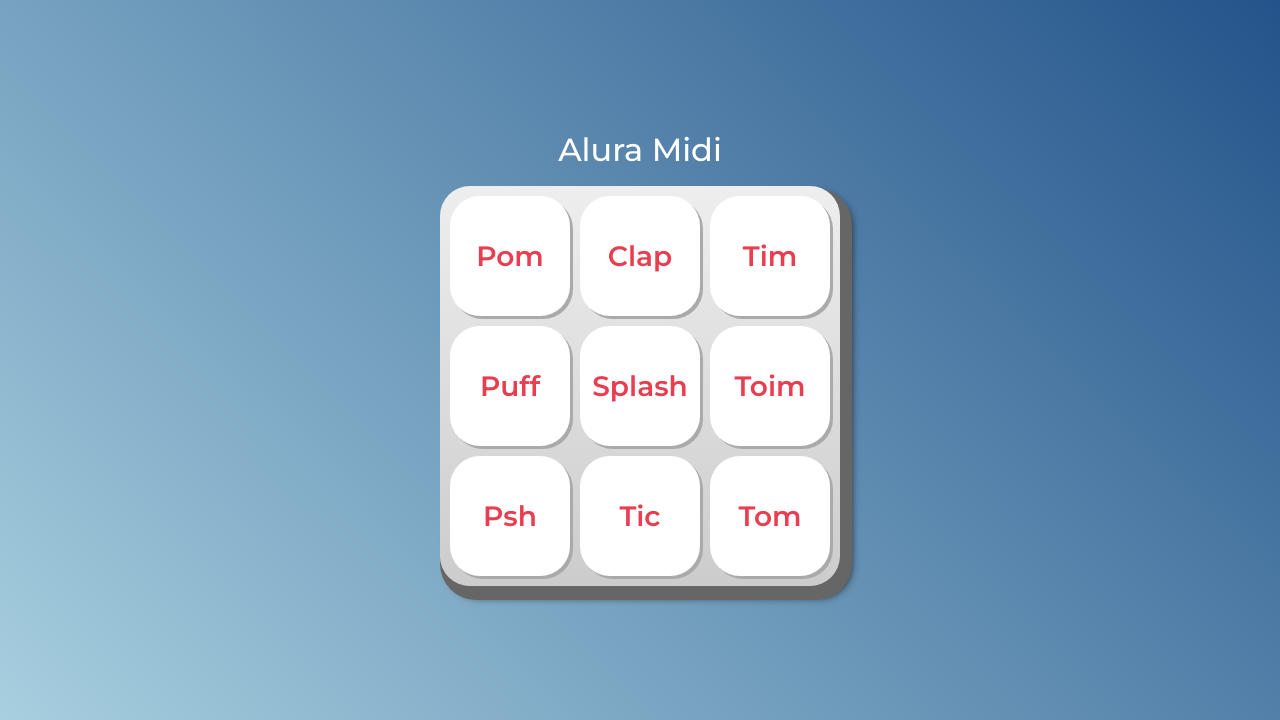
Repository: raphaanunes/codigos
Page: Cursos JavaScript/JavaScript para Web Crie paginas dinamicas/aluramidi-curso-arquivos-iniciais/index.html
The author's editor kept a copy of each file at every save. The page is drawn from the files as they stood at one save, then again after the next save.
The browser window is 1280 px wide. The pictures show the whole page.

Above is the page before, as saved 2024-08-11 15:47:02.

### Cursos JavaScript/JavaScript para Web Crie paginas dinamicas/aluramidi-curso-arquivos-iniciais/index.html
<!DOCTYPE html>
<html lang="pt-BR">
<head>
    <meta charset="UTF-8">
    <meta http-equiv="X-UA-Compatible" content="IE=edge">
    <meta name="viewport" content="width=device-width, initial-scale=1.0">

    <title>Alura MIDI</title>

    <link rel="preconnect" href="https://fonts.googleapis.com">
    <link rel="preconnect" href="https://fonts.gstatic.com" crossorigin>
    <link href="https://fonts.googleapis.com/css2?family=Montserrat:wght@500;600&display=swap" rel="stylesheet">

    <link rel="icon" type="image/png" href="images/bateria.png">
    <link rel="stylesheet" href="css/reset.css">
    <link rel="stylesheet" href="css/estilos.css">

</head>
<body>

    <h1>Alura Midi</h1>

    <section class="teclado">
        <button class="tecla tecla_pom">Pom</button>
        <button class="tecla tecla_clap">Clap</button>
        <button class="tecla tecla_tim">Tim</button>

        <button class="tecla tecla_puff">Puff</button>
        <button class="tecla tecla_splash">Splash</button>
        <button class="tecla tecla_toim">Toim</button>

        <button class="tecla tecla_psh">Psh</button>
        <button class="tecla tecla_tic">Tic</button>
        <button class="tecla tecla_tom">Tom</button>
    </section>

    <audio src="sounds/keyq.wav" id="som_tecla_pom"></audio>
    <audio src="sounds/keyw.wav" id="som_tecla_clap"></audio>
    <audio src="sounds/keye.wav" id="som_tecla_tim"></audio>
    <audio src="sounds/keya.wav" id="som_tecla_puff"></audio>
    <audio src="sounds/keys.wav" id="som_tecla_splash"></audio>
    <audio src="sounds/keyd.wav" id="som_tecla_toim"></audio>
    <audio src="sounds/keyz.wav" id="som_tecla_psh"></audio>
    <audio src="sounds/keyx.wav" id="som_tecla_tic"></audio>
    <audio src="sounds/keyc.wav" id="som_tecla_tom"></audio>

</body>
</html>

### Cursos JavaScript/JavaScript para Web Crie paginas dinamicas/aluramidi-curso-arquivos-iniciais/css/estilos.css
:root {
  --cinza: #aaa;
  --vermelha: #e93d50;
  --vermelha-escura: #af303f;
  --branca: #fff;
  --luz: rgb(229, 255, 0);
}

body {
  align-items: center;
  background: linear-gradient(45deg, #a7cfdf 0%,#23538a 100%);
  display: flex;
  justify-content: center;
  flex-direction: column;
  font-family: 'Montserrat', sans-serif;
  min-height: 100vh;
}

h1 {
  color: var(--branca);
  margin-bottom: 20px;
  font-size: 2rem;
}

.teclado {
  background: linear-gradient(to bottom, #eeeeee 0%,#cccccc 100%);
  box-shadow: 6px 8px 0 6px #666, 10px 10px 10px #000;
  border-radius: 30px;
  display: grid;
  gap: 10px;
  grid-template-columns: repeat(3, 1fr);
  padding: 10px;
}

.tecla {
  background-color: var(--branca);
  border-radius: 30px;
  box-shadow: 3px 3px 0 var(--cinza);
  color: var(--vermelha);
  cursor: pointer;
  height: 120px;
  font-size: 1.75em;
  font-weight: bold;
  line-height: 120px;
  text-align: center;
  width: 120px;
}

.tecla.ativa,
.tecla:active {
  background-color: var(--vermelha);
  border: 4px solid  var(--vermelha);
  box-shadow: 3px 3px 0 var(--vermelha-escura) inset;
  color: var(--branca);
  outline: none;
}

.tecla.focus,
.tecla:focus {
  outline: none;
  box-shadow: 1px 1px 10px var(--luz);
}

.tecla.active:focus,
.tecla:active:focus {
  box-shadow: 3px 3px 0 var(--vermelha-escura) inset, 1px 1px 10px var(--luz);
}

Loaded but not shown: Cursos JavaScript/JavaScript para Web Crie paginas dinamicas/aluramidi-curso-arquivos-iniciais/css/reset.css (common file)

After the next save:
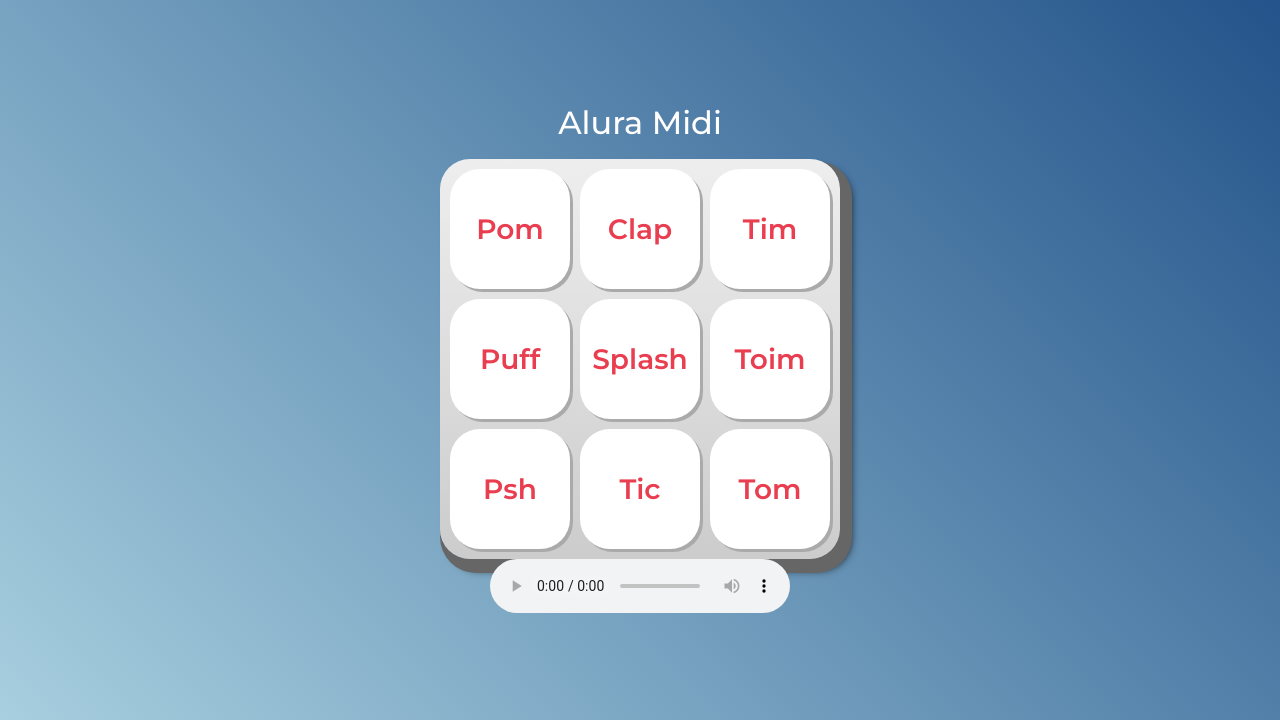
Saved 27 min 18 s later.
--- a/Cursos JavaScript/JavaScript para Web Crie paginas dinamicas/aluramidi-curso-arquivos-iniciais/index.html
+++ b/Cursos JavaScript/JavaScript para Web Crie paginas dinamicas/aluramidi-curso-arquivos-iniciais/index.html
@@ -34,7 +34,7 @@
         <button class="tecla tecla_tom">Tom</button>
     </section>
 
-    <audio src="sounds/keyq.wav" id="som_tecla_pom"></audio>
+    <audio controls src="sounds/keyq.wav" id="som_tecla_pom"></audio>
     <audio src="sounds/keyw.wav" id="som_tecla_clap"></audio>
     <audio src="sounds/keye.wav" id="som_tecla_tim"></audio>
     <audio src="sounds/keya.wav" id="som_tecla_puff"></audio>
